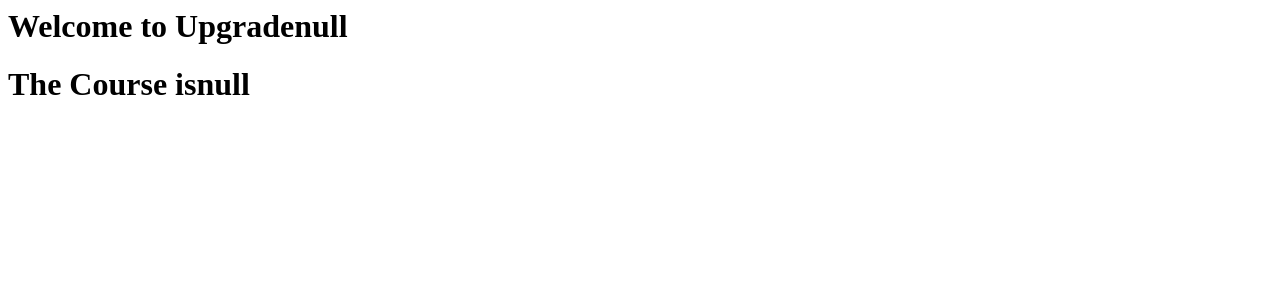
Repository: SurajPawar15-smart/JAVAProjects
Page: http://localhost/12.URLrewritingsessionDemo/SecondServlet
An editor plug-in stored every save of this project. The page is shown before and after the next save, followed by the edit.
The browser window is 1280 px wide. The pictures show the whole page.
The page is served by Tomcat 9. Other server files are loaded and not shown.

Above is the page before, as saved 2020-09-27 12:08:13.

### 12.URLrewritingsessionDemo/src/mypack/SecondServlet.java
package mypack;

import java.io.IOException;
import java.io.PrintWriter;

import javax.servlet.ServletException;
import javax.servlet.annotation.WebServlet;
import javax.servlet.http.HttpServlet;
import javax.servlet.http.HttpServletRequest;
import javax.servlet.http.HttpServletResponse;


@WebServlet("/SecondServlet")
public class SecondServlet extends HttpServlet {
	private static final long serialVersionUID = 1L;


    public SecondServlet() {
        super();
        // TODO Auto-generated constructor stub
    }


	protected void doGet(HttpServletRequest request, HttpServletResponse response) throws ServletException, IOException {
		response.setContentType("text/html");
		PrintWriter out=response.getWriter();

		String name=request.getParameter("uname");
		String course=request.getParameter("ucourse");
		out.println("<html><body>");
		out.println("<h1>"+"Welcome to Upgrade"+name+"</h1>");
		out.println("<h1>"+"The Course is"+course+"</h1>");
		out.println("</html></body>");
		out.close();

	}

}

After the next save:
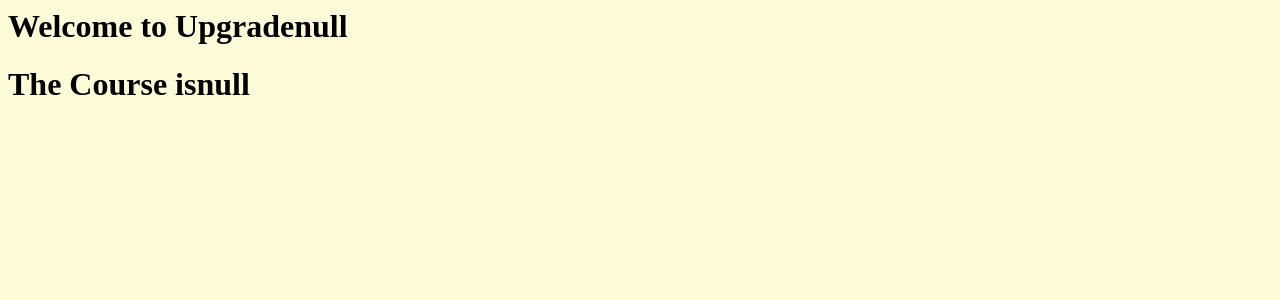
Saved 28 s later.
--- a/12.URLrewritingsessionDemo/src/mypack/SecondServlet.java
+++ b/12.URLrewritingsessionDemo/src/mypack/SecondServlet.java
@@ -27,7 +27,7 @@ public class SecondServlet extends HttpServlet {
 
 		String name=request.getParameter("uname");
 		String course=request.getParameter("ucourse");
-		out.println("<html><body>");
+		out.println("<html><body style='background-color:#fefbd8;'>");
 		out.println("<h1>"+"Welcome to Upgrade"+name+"</h1>");
 		out.println("<h1>"+"The Course is"+course+"</h1>");
 		out.println("</html></body>");
